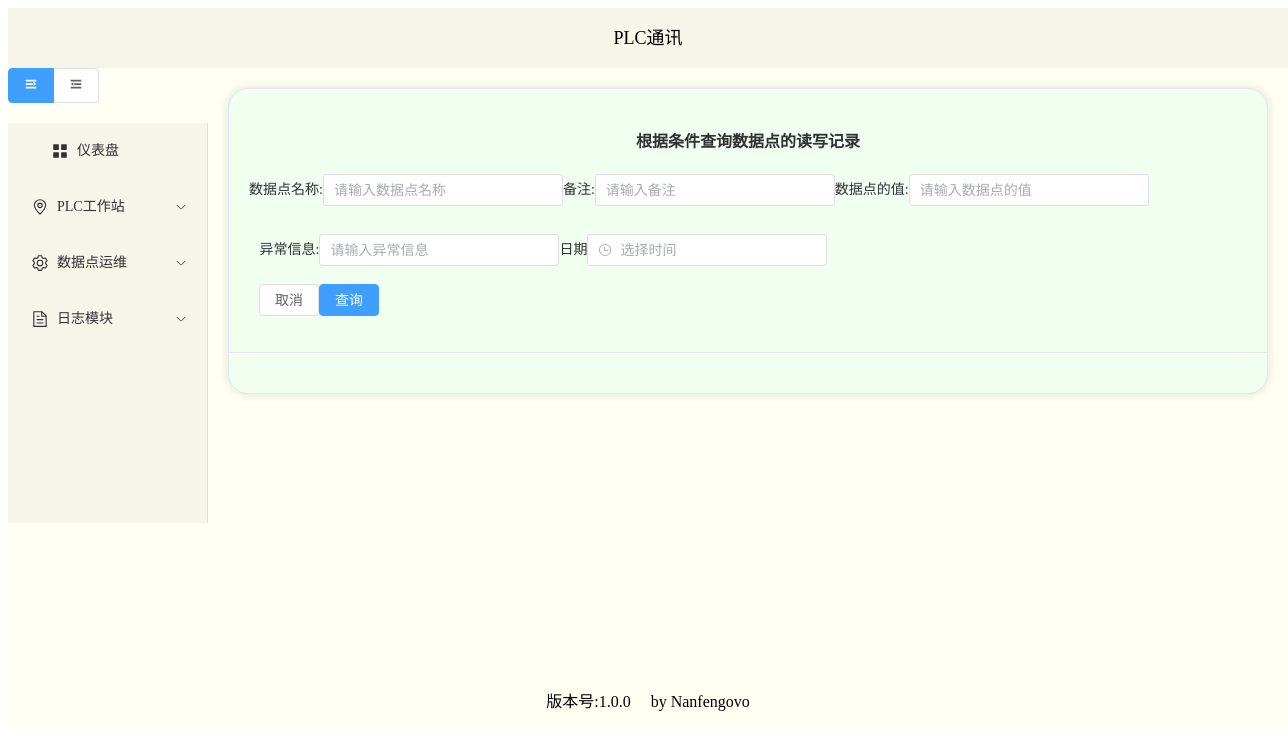
Repository: nanfengovo/HelperWorkStation
Page: /#/frameWork/PLCWorkstation/S7 (app in HelperWorkStation/plchelper-ui/)
The author's editor kept a copy of each file at every save. The page is drawn from the files as they stood at one save, then again after the next save.
The browser window is 1280 px wide. The page is 1288 px wide, so the pictures cover 1288 px, including what lies to the right of the window. The pictures show the whole page.
The project was rebuilt for these pictures with package versions that can differ from the ones it lists, and the page was loaded fresh each time. Also part of the build but not shown: HelperWorkStation/plchelper-ui/vite.config.ts, HelperWorkStation/plchelper-ui/src/views/Login/index.vue.

Above is the page before, as saved 2025-02-16 21:21:35.

### HelperWorkStation/plchelper-ui/index.html
<!DOCTYPE html>
<html lang="">
  <head>
    <meta charset="UTF-8">
    <link rel="icon" href="/icon-park-outline--cpu.png">
    <meta name="viewport" content="width=device-width, initial-scale=1.0">
    <title>PLCHelper Station</title>
  </head>
  <body>
    <div id="app"></div>
    <script type="module" src="/src/main.ts"></script>
  </body>
</html>

<style>
  #app{
    /* display: flex;
    justify-content: center;
    align-items: center; */
    height: 100vh;
    width: 100vw;
  }
</style>

### HelperWorkStation/plchelper-ui/src/main.ts
// import './assets/main.css'

import { createApp } from 'vue'
import ElementPlus from 'element-plus'
import 'element-plus/dist/index.css'
import { createPinia } from 'pinia'

import App from './App.vue'
import * as ElementPlusIconsVue from '@element-plus/icons-vue'
//element-plus转换中文
import zhCn from 'element-plus/es/locale/lang/zh-cn'
import router from './router'

const app = createApp(App)
app.use(router)
for (const [key, component] of Object.entries(ElementPlusIconsVue)) {
    app.component(key, component)
    }
    app.use(ElementPlus, {
        locale: zhCn,
        })
app.use(createPinia())


app.mount('#app')

### HelperWorkStation/plchelper-ui/src/App.vue
<script setup lang="ts">
import {  RouterView } from 'vue-router'
import FrameWork from './views/FrameWork/index.vue'
import Login from './views/Login/index.vue'
</script>

<template>
  <div class="app">
    <RouterView />
  </div>

  <!-- <RouterView /> -->
</template>

<style scoped>
	html,body,#app{
      height: 100%;
      width: 100%;
	}
  .app{
    height: 100%;
    width: 100%;
  }
</style>

### HelperWorkStation/plchelper-ui/src/router/index.ts
import { createMemoryHistory, createRouter, createWebHashHistory, type RouteRecordRaw } from 'vue-router'
import frameWork from '../views/FrameWork/index.vue';
import Login from '../views/Login/index.vue';
import panel from '../views/FrameWork/layout/panel/index.vue';

// const routes: RouteRecordRaw[] = [];
const routes: Array<RouteRecordRaw> = [
    {
        path: '/',
        redirect: '/login'
    },
    {
        path: '/login',
        name: 'login',
        component: Login
    },
    {
        path: '/frameWork',
        name: '主页',
        component: frameWork,
        children: [
            {
                path: '/framework/panel',
                name: '仪表板',
                component: () => import('../views/FrameWork/layout/panel/index.vue'),
            },
            {
                path: '/frameWork/PLCWorkstation/Modbus',
                name: 'PLC工作站-Modbus',
                component: () => import('../views/FrameWork/layout/PLCWorkstation/Modbus/index.vue'),
            },
            {
                path: '/frameWork/PLCWorkstation/PLC',
                name: 'PLC工作站-PLC配置',
                component: () => import('../views/FrameWork/layout/PLCWorkstation/PLC/index.vue'),
            },
            {
                path: '/frameWork/PLCWorkstation/S7',
                name: 'PLC工作站-S7',
                component: () => import('../views/FrameWork/layout/PLCWorkstation/S7/index.vue'),
            },
            {
                path: '/frameWork/PLCWorkstation/OPC',
                name: 'PLC工作站-OPC',
                component: () => import('../views/FrameWork/layout/PLCWorkstation/OPC/index.vue'),
            },
            {
                path: '/frameWork/PLCWorkstation/FinsTCP',
                name: 'PLC工作站-FinsTCP',
                component: () => import('../views/FrameWork/layout/PLCWorkstation/FinsTCP/index.vue'),
            },
            {
                path: '/frameWork/DataPointOperations/Modbus',
                name: '数据点运维-Modbus',
                component: () => import('../views/FrameWork/layout/DataPointOperations/Modbus/index.vue'),
            },
            {
                path: '/frameWork/DataPointOperations/S7',
                name: '数据点运维-S7',
                component: () => import('../views/FrameWork/layout/DataPointOperations/S7/index.vue'),
            },
            {
            path: '/frameWork/DataPointOperations/S7/DB',
                        name: '数据点运维-S7-DB',
                        component: () => import('../views/FrameWork/layout/DataPointOperations/S7/DB/index.vue'),
            },
            {
                path: '/frameWork/DataPointOperations/Opc',
                name: '数据点运维-Opc',
                component: () => import('../views/FrameWork/layout/DataPointOperations/OPC/index.vue'),
            },
            {
                path: '/frameWork/DataPointOperations/FinsTCP',
                name: '数据点运维-FinsTCP',
                component: () => import('../views/FrameWork/layout/DataPointOperations/FinsTCP/index.vue'),
            },
            {
                path: '/frameWork/Log/Operation',
                name: '用户操作日志',
                component: () => import('../views/FrameWork/layout/Log/Operation/index.vue'),
            },
            {
                path: '/frameWork/Log/ReadWrite',
                name: '数据点读写日志',
                component: () => import('../views/FrameWork/layout/Log/ReadWrite/index.vue'),
            },

        ],


    },
];

const router = createRouter({
    history: createWebHashHistory(),
    routes,
});

export default router;

### HelperWorkStation/plchelper-ui/src/views/FrameWork/index.vue
<template>
    <div class="common-layout">
        <el-container>
            <div class="layout-header">
                <el-header>
                    PLC通讯
                </el-header>
            </div>
            <el-container>
                <el-aside width="200px" height="100vh" >
                    <el-radio-group v-model="isCollapse" style="margin-bottom: 20px">
                        <el-radio-button :value="false"><el-icon><Expand /></el-icon></el-radio-button>
                        <el-radio-button :value="true"><el-icon><Fold /></el-icon></el-radio-button>
                    </el-radio-group>
                    <el-menu
                        background-color="#f5f5e9"
                        default-active="1"
                        class="el-menu-vertical-demo"
                        :collapse="isCollapse"
                        @open="handleOpen"
                        @close="handleClose"
                        router
                    >
                        <el-menu-item index="/frameWork/panel">
                            <el-menu-item >
                                <el-icon><icon-menu /></el-icon>
                                <template #title>仪表盘</template>
                            </el-menu-item>
                        </el-menu-item>
                        <el-sub-menu index="2">
                        <template #title>
                            <el-icon><location /></el-icon>
                            <span>PLC工作站</span>
                        </template>
                        <el-menu-item-group >
                            <el-menu-item index="/frameWork/PLCWorkstation/PLC">PLC配置</el-menu-item>
                            <el-menu-item index="/frameWork/PLCWorkstation/Modbus">Modbus模块</el-menu-item>
                            <el-menu-item index="/frameWork/PLCWorkstation/S7">S7模块</el-menu-item>
                            <el-menu-item index="/frameWork/PLCWorkstation/OPC">OPC模块</el-menu-item>
                            <el-menu-item index="/frameWork/PLCWorkstation/FinsTCP">FinsTCP模块</el-menu-item>
                        </el-menu-item-group>
                        </el-sub-menu>
                        <el-sub-menu index="3">
                        <template #title>
                            <el-icon><Setting /></el-icon>
                            <span>数据点运维</span>
                        </template>
                        <el-menu-item-group >
                            <el-menu-item index="/frameWork/DataPointOperations/Modbus">Modbus数据点配置</el-menu-item>
                            <el-menu-item index="/frameWork/DataPointOperations/S7">S7数据点配置</el-menu-item>
                            <el-menu-item index="/frameWork/DataPointOperations/S7/DB">DB块配置</el-menu-item>
                            <el-menu-item index="/frameWork/DataPointOperations/Opc">OPC数据点配置</el-menu-item>
                            <el-menu-item index="/frameWork/DataPointOperations/FinsTCP">FinsTCP数据点模块</el-menu-item>
                        </el-menu-item-group>
                        </el-sub-menu>
                        <el-sub-menu index="4">
                        <template #title>
                            <el-icon><Document /></el-icon>
                            <span>日志模块</span>
                        </template>
                        <el-menu-item-group >
                            <el-menu-item index="/frameWork/Log/Operation">操作日志</el-menu-item>
                            <el-menu-item index="/frameWork/Log/ReadWrite">读写日志</el-menu-item>
                        </el-menu-item-group>
                        </el-sub-menu>
                    </el-menu>
                </el-aside>
                    <el-container>
                        <el-main>
                            <!-- <div class="main-header"> -->
                            <!-- <div class="main-header-breadcrumb"> -->
                                <!-- 面包屑 -->
                                <!-- <el-breadcrumb :separator-icon="ArrowRight"
                                                style="cursor: pointer; margin: 10px 0; display:inline-block;margin-left: 10px; ">
                                                <el-breadcrumb-item  >面包屑导航</el-breadcrumb-item>
                                </el-breadcrumb>
                            </div> -->
                            <!-- <div class="main-header-tab">
                                <el-tab>
                                    <el-tabs
                                    v-model="tablist"
                                    type="card"
                                    editable
                                    class="demo-tabs"
                                    @tab-click="pushTo"
                                >
                                    <el-tab-pane
                                    v-for="item in tablist"
                                    :key="item.name"
                                    :label="item.name"
                                    :name="item.name"
                                    >
                                    {{ item.path }}
                                    </el-tab-pane>
                                </el-tabs>
                                </el-tab>
                            </div> -->
                        <!-- </div> -->
                            <RouterView/>
                        </el-main>
                    </el-container>
            </el-container>
                <el-footer class="fixed-footer" >
                    <span>版本号:{{SoftVersion}}</span>&nbsp;&nbsp;&nbsp;&nbsp;
                    <span>by {{ SoftAuthor }}</span>
                </el-footer>
        </el-container>
    </div>
</template>

<script lang="ts" setup>
import { ref } from 'vue'
import { useRouter } from 'vue-router';
import routes from '../../router/index';
import {
    Document,
    Menu as IconMenu,
    Location,
    Setting,
    ArrowRight,
} from '@element-plus/icons-vue'
import type { TabPaneName } from 'element-plus'



const SoftVersion = ref('1.0.0')
const SoftAuthor = ref('Nanfengovo')


import { useRoute } from 'vue-router'
import router from '../../router/index';
const route = useRoute()
const pathList = ref()

console.log('route', route)// 获取当前路由
console.log('route.matched', route.matched)// 获取当前路由匹配到的路由记录
console.log('route.matched[0].children', route.matched[0].children)// 获取当前路由匹配到的路由记录

const tablist = ref(route.matched[0].children)
const isCollapse = ref(false)

let tabIndex = 1;

// const pushTo = (tab: TabPaneName) => {
//     router.push(tab)
// }


</script>

<style>
.el-menu-vertical-demo:not(.el-menu--collapse) {
    width: 200px;
    min-height: 400px;
}
.layout-header {
    background-color: #f5f5e9;
    color: black;
    text-align: center;
    line-height: 60px;
    font-size: 18px;
}

.common-layout{
    display: flex;
    flex-direction: column;
    min-height: 100vh;
    background-color: #fffff3;
}
.fixed-footer {
    background-color: #fffff3; /* 根据需要设置背景颜色 */
    padding: 10px; /* 根据需要设置内边距 */
    text-align: center; /* 根据需要设置文本对齐方式 */
    margin-bottom: 20px;
    height: 30px;
    font-size: 16px;
}
.main-header{
    border: red 1px solid;
    width: 100%;
    height: 30px;
}
/* .main-header-breadcrumb{
    border: green 1px solid;
    margin: 10px;
    width: 100%;
    height: 30px;
} */
.main-header-tab
{
    border: blue 1px solid;
    width: 100%;
    height: 30px;
}
.demo-tabs {
    border: 1px solid orangered;
    width: 60px;
    height: 30px;
    border-radius: 4px;
}
.demo-tabs>.el-tab-pane {
    border-bottom: 1px solid #ebeef5;
}
</style>

### HelperWorkStation/plchelper-ui/src/views/FrameWork/layout/PLCWorkstation/S7/index.vue
<template>
    <div class="Query">
        <el-card class="Query-card">
            <template #header>
                <div class="card-header">
                    <h4>根据条件查询数据点的读写记录</h4>
                </div>
                <el-form class="Query-form">
                    <el-row class="row1">
                        <el-form-item>
                            <el-label>
                                数据点名称:
                            </el-label>
                            <el-input v-model="dbName" placeholder="请输入数据点名称" clearable />
                        </el-form-item>
                        <el-form-item>
                            <el-label>
                                备注:
                            </el-label>
                            <el-input v-model="remark" placeholder="请输入备注" clearable/>
                        </el-form-item>
                        <el-form-item>
                            <el-label>
                                数据点的值:
                            </el-label>
                            <el-input v-model="result" placeholder="请输入数据点的值" clearable/>
                        </el-form-item>
                    </el-row>
                    <el-row class="row2">
                        <el-form-item>
                            <el-label>
                                &nbsp;&nbsp;&nbsp;异常信息:
                            </el-label>
                            <el-input v-model="exceptionInfo" placeholder="请输入异常信息" clearable/>
                        </el-form-item>
                        <el-form-item>
                            <el-label>
                                日期
                            </el-label>
                            <el-date-picker
                                v-model="value1"
                                type="datetime"
                                placeholder="选择时间"
                                format="YYYY-MM-DD HH:mm:ss"
                                date-format="MMM DD, YYYY"
                                time-format="HH:mm"
                            />
                        </el-form-item>
                    </el-row>
                    <el-row class="row3">
                        <el-form-item>
                            <el-button  @click="cancel">取消</el-button>
                        </el-form-item>
                        <el-form-item>
                            <el-button type="primary" @click="onSubmit">查询</el-button>
                        </el-form-item>
                    </el-row>
                </el-form>
            </template>

        </el-card>
    </div>
</template>
<script setup lang="ts">

</script>
<style>
.Query{
    display: grid;
}
.Query-card{
    background-color: #F0FFF0;
    border-radius: 20px;
}
.card-header{
    text-align: center;
}
.Query-card .el-input{
    width: 240px;
}
.row2{
    margin-top: 10px;
}
.row3{
    margin-left: 10px;
    text-align: center;
}
</style>

After the next save:
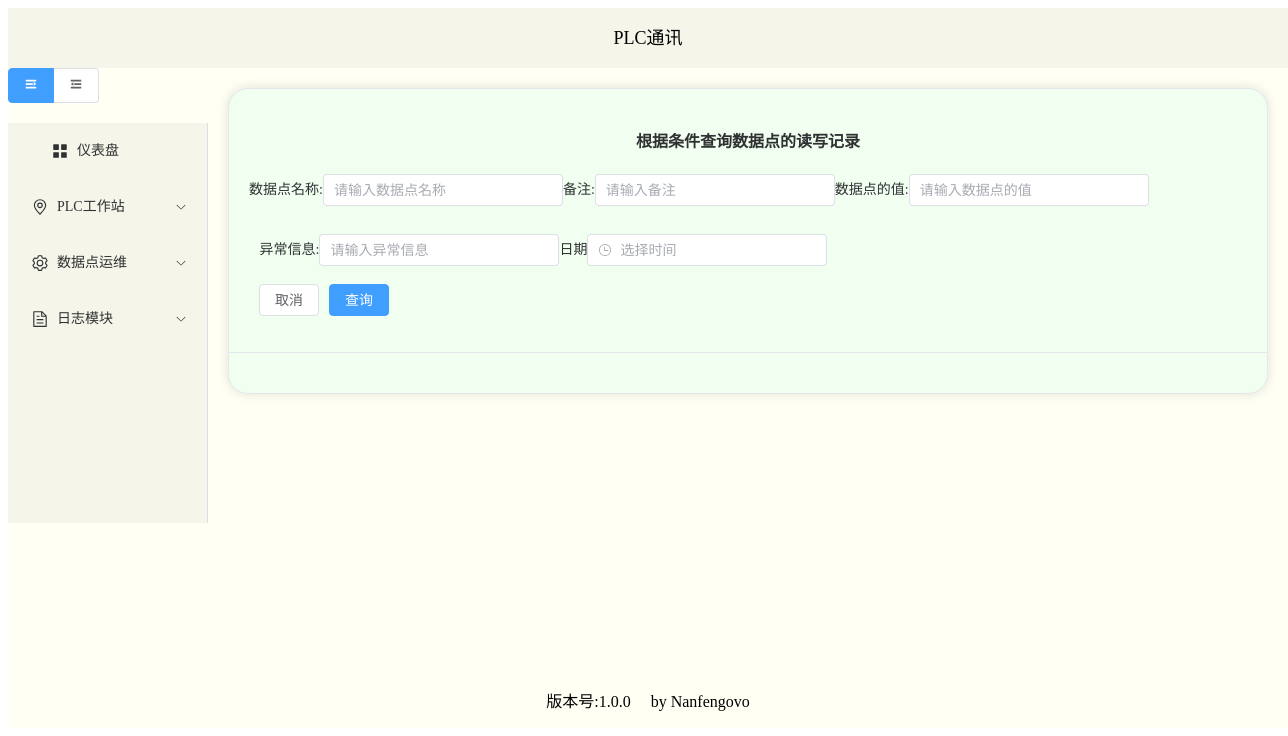
Saved 18 s later.
--- a/HelperWorkStation/plchelper-ui/src/views/FrameWork/layout/PLCWorkstation/S7/index.vue
+++ b/HelperWorkStation/plchelper-ui/src/views/FrameWork/layout/PLCWorkstation/S7/index.vue
@@ -81,7 +81,7 @@
 .row2{
     margin-top: 10px;
 }
-.row3{
+.row3 button{
     margin-left: 10px;
     text-align: center;
 }
